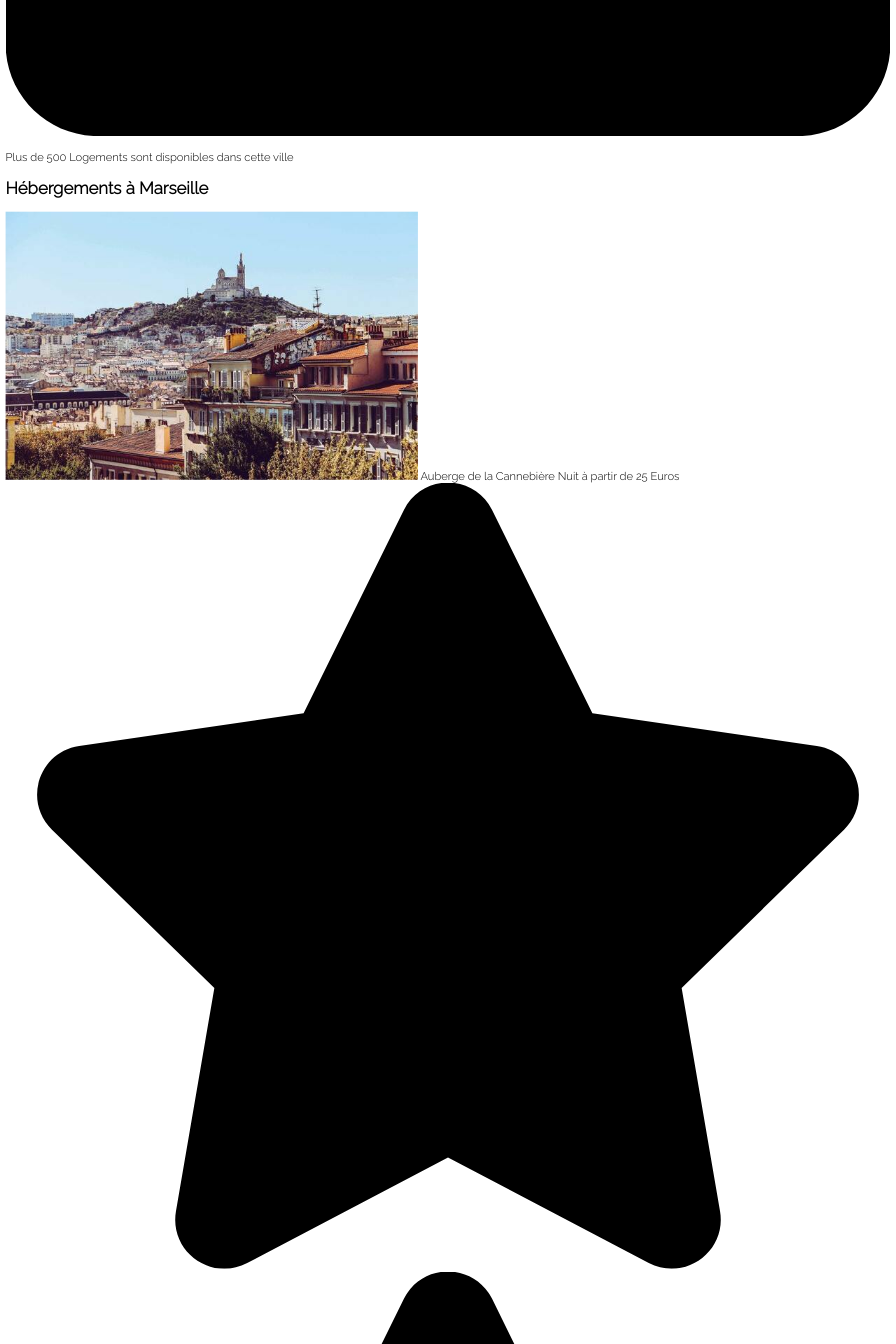
Repository: jaydeeonghub/DYLANBARBARISI_2_16062021
Page: index.html
An editor plug-in stored every save of this project. The page is shown before and after the next save, followed by the edit.
The browser window is 1280 px wide. The pictures show the part of the page from y = 3598 to 5518 px (the page is 61307 px tall before and 39821 px after), at 70% of full size.
Some web libraries are served in a nearby version.

Above is the page before, as saved 2021-07-07 19:08:33.

### index.html
<!DOCTYPE html>
<html lang="fr">
<head>
    <script src="https://kit.fontawesome.com/864c7a6a3c.js" crossorigin="anonymous"></script>
    <link href="//netdna.bootstrapcdn.com/font-awesome/3.2.1/css/font-awesome.css" rel="stylesheet">
    <link rel="preconnect" href="https://fonts.gstatic.com">
    <link href="https://fonts.googleapis.com/css2?family=Raleway:wght@300&display=swap" rel="stylesheet">
    <link rel="stylesheet" href="Assets\Style\Styles.css">
        <meta charset="UTF-8">
        <meta http-equiv="X-UA-Compatible" content="IE=edge">
        <meta name="viewport" content="width=device-width, initial-scale=1.0">
    <title>Reservia</title>
</head>
<body>
    <header>
    <div class="Barre_de_navigation"> <!--Barre de navigation-->
        <div>
        <img
             class="marglogo"
             src="Assets/Logo/Reservia@3x.png"
             alt="Logo Reservia Responsive"
             srcset="Assets/Logo/Reservia.svg"
             width="120px"
             height="50px"
        />
    </div>
<nav class="LiensNav flexAround">
        <div class=" LiensNav2 flexCentre bordureNav">
        <a class="colorBleu decorationNone" href="#Hebergements">Hebergements</a>
    </div>
        <div class="LiensNav2 flexCentre">
        <a class="LiensColor2 decorationNone" href="#Activités">Activités</a>
    </div>
        <div class="LiensNav2 flexCentre"
            <a class="colorBleu decorationNone" href="#S'inscrire">S'inscrire</a></div>
    </nav>
    </header>
<main>
    <h1 class="texteGras">
    Trouvez votre hebergement pour des vacances de rêve
    </h1> <!--Titre d'accroche de la landing page-->
    <p>En plein centre ville ou en pleine nature</p>
    <div class="filtre margFiltreTitre">
        <div class="backGris flexCentre iconSize">
            <i class="fas fa-map-marker-alt"></i></div>
        <div>
            <input
                class="recherche flexCentre bordureNone paddingSearch"
                type="search"
                value="Marseille , France"
                />
            </div>
        <div class="backBleu flexCentre buttonSearch">Rechercher</div>
          </div>
          <div class="filtre margFiltre">
              <div class="margFiltreTitre"><h3>Filtres</h3></div>
          <div class="flexBetween filtreTexteIcons">
              <i class="fas fa-money-bill-wave fa-lg filtreIcons flexCentre"></i>
              <div class="filtreTexte flexCentre">Économique</div>
          </div>
          <div class="flexBetween filtreTexteIcons">
              <i class="fas fa-child fa-lg filtreIcons flexCentre"></i>
              <div class="filtreTexte flexCentre">Familiales</div>
          </div>
          <div class="flexBetween filtreTexteIcons">
              <i class="fas fa-heart fa-lg filtreIcons flexCentre"></i>
              <div class="filtreTexte flexCentre">Romantique</div>
          </div>
          <div class="flexBetween filtreTexteIcons">
              <i class="fas fa-dog fa-lg filtreIcons flexCentre"></i>
              <div class="filtreTexte flexCentre">Animaux autorisés</div>
          </div>
        </div>

    <img src="Assets/Icons/info-solid.svg"> <p>Plus de 500 Logements sont disponibles dans cette ville</p> <!--Nombre approximatif de logements disponibles aux alentours-->




        <section>
            <aside>
                <h2>Hébergements à Marseille</h2>
        <div>
            <img src="Assets/Images/4_small/florian-wehde-xW9e8gdotxI-unsplash.jpg"
                      />
                <span>
                    Auberge de la Cannebière
                </span>
                <span>
                    Nuit à partir de 25 Euros
                </span>
                <div>
                    <i><img src="Assets/Icons/star-solid.svg"</i>
                    <i><img src="Assets/Icons/star-solid.svg"</i>
                    <i><img src="Assets/Icons/star-solid.svg"</i>
                    <i><img src="Assets/Icons/star-solid.svg"</i>
                    <i><img src="Assets/Icons/star-solid.svg"</i>
                </div>
        <div>
            <img src="Assets/Images/4_small/kevin-hikari-rV_Qd1l-VXg-unsplash.jpg"
                    />
                <span>
                    Hôtel du port
                </span>
                <span>
                    Nuit à partir de 52 Euros
                </span>
                    <div>
                        <i><img src="Assets/Icons/star-solid.svg"</i>
                        <i><img src="Assets/Icons/star-solid.svg"</i>
                        <i><img src="Assets/Icons/star-solid.svg"</i>
                        <i><img src="Assets/Icons/star-solid.svg"</i>
                        <i><img src="Assets/Icons/star-solid.svg"</i>
                    </div>

                    <div>
                    <img src="Assets/Images/4_small/kilyan-sockalingum-NR8-cBCN3aI-unsplash.jpg"
                    />

                    <span>
                        Hôtel Les mouettes
                    </span>

                    <span>
                        Nuit à partir de 76 Euros
                        </span>

                        <div>
                            <i><img src="Assets/Icons/star-solid.svg"</i>
                            <i><img src="Assets/Icons/star-solid.svg"</i>
                            <i><img src="Assets/Icons/star-solid.svg"</i>
                            <i><img src="Assets/Icons/star-solid.svg"</i>
                            <i><img src="Assets/Icons/star-solid.svg"</i>
                        </div>
                    </div>
                        <div>
                            <img src="Assets/Images/4_small/lena-paulin-wH2-EJoDcV0-unsplash.jpg"
                            />
                            <span>
                                Hôtel de la mer
                            </span>
                            <span>
                                Nuit à partir de 46 Euros
                            </span>
                            <div>
                                <i><img src="Assets/Icons/star-solid.svg"</i>
                                <i><img src="Assets/Icons/star-solid.svg"</i>
                                <i><img src="Assets/Icons/star-solid.svg"</i>
                                <i><img src="Assets/Icons/star-solid.svg"</i>
                                <i><img src="Assets/Icons/star-solid.svg"</i>
                            </div>
                            <div>
                                <img src="Assets/Images/4_small/paul-hermann-QFTrLdQIRhI-unsplash.jpg"
                                />
                                <span>
                                    Auberge Le Panier
                                </span>
                                <span>
                                    Nuit à partir de 23 Euros
                                </span>
                                <div>
                                    <i><img src="Assets/Icons/star-solid.svg"</i>
                                    <i><img src="Assets/Icons/star-solid.svg"</i>
                                    <i><img src="Assets/Icons/star-solid.svg"</i>
                                    <i><img src="Assets/Icons/star-solid.svg"</i>
                                    <i><img src="Assets/Icons/star-solid.svg"</i>
                                </div>
                                <div>
                                    <img src="Assets/Images/4_small/reno-laithienne-QUgJhdY5Fyk-unsplash.jpg"
                                    />
                                    <span>
                                        Hôtel Chez Amina
                                    </span>
                                    <span>
                                        Nuit à partir de 96 Euros
                                    </span>
                                    <div>
                                        <i><img src="Assets/Icons/star-solid.svg"</i>
                                        <i><img src="Assets/Icons/star-solid.svg"</i>
                                        <i><img src="Assets/Icons/star-solid.svg"</i>
                                        <i><img src="Assets/Icons/star-solid.svg"</i>
                                        <i><img src="Assets/Icons/star-solid.svg"</i>
                                    </div>

            </aside><!--Hebergements à Marseille-->
            <aside>
                <h2>Les plus populaires</h2>
                <img src="#icônegraphiqueenfleche"
        <div>
            <img src="Assets/Images/4_small/florian-wehde-xW9e8gdotxI-unsplash.jpg"
                      />
                <span>
                    Hôtel le soleil du matin
                </span>
                <span>
                    Nuit à partir de 128 Euros
                </span>
                <div>
                    <i><img src="Assets/Icons/star-solid.svg"</i>
                    <i><img src="Assets/Icons/star-solid.svg"</i>
                    <i><img src="Assets/Icons/star-solid.svg"</i>
                    <i><img src="Assets/Icons/star-solid.svg"</i>
                    <i><img src="Assets/Icons/star-solid.svg"</i>
                </div>
        <div>
            <img src="Assets/Images/4_small/kevin-hikari-rV_Qd1l-VXg-unsplash.jpg"
                    />
                <span>
                    Au coeur de l'eau Chambre d'hôtes
                </span>
                <span>
                    Nuit à partir de 71 Euros
                </span>
                    <div>
                        <i><img src="Assets/Icons/star-solid.svg"</i>
                        <i><img src="Assets/Icons/star-solid.svg"</i>
                        <i><img src="Assets/Icons/star-solid.svg"</i>
                        <i><img src="Assets/Icons/star-solid.svg"</i>
                        <i><img src="Assets/Icons/star-solid.svg"</i>
                    </div>

                    <div>
                    <img src="Assets/Images/4_small/kilyan-sockalingum-NR8-cBCN3aI-unsplash.jpg"
                    />

                    <span>
                        Hôtel tout bleu et blanc
                    </span>

                    <span>
                        Nuit à partir de 68 Euros
                        </span>

                        <div>
                            <i><img src="Assets/Icons/star-solid.svg"</i>
                            <i><img src="Assets/Icons/star-solid.svg"</i>
                            <i><img src="Assets/Icons/star-solid.svg"</i>
                            <i><img src="Assets/Icons/star-solid.svg"</i>
                            <i><img src="Assets/Icons/star-solid.svg"</i>
                        </div>
                    </div>

            </aside><!-- Les plus populaires-->
    </section>
        <section>
            <h2>Activités à Marseille</h2>
        <div>
            <div>
                <img src="Assets/Images/4_small/kilyan-sockalingum-NR8-cBCN3aI-unsplash.jpg"
                />

                <span>
                    Vieux Port
                </span>
            </div>
            <div>
                <img src="Assets/Images/4_small/kilyan-sockalingum-NR8-cBCN3aI-unsplash.jpg"
                />

                <span>
                    Fort de Pomègues
                </span>
            </div>
            <div>
                <img src="Assets/Images/4_small/kilyan-sockalingum-NR8-cBCN3aI-unsplash.jpg"
                />

                <span>
                    Îles du Frioul
                </span>
            </div>
            <div>
                <img src="Assets/Images/4_small/kilyan-sockalingum-NR8-cBCN3aI-unsplash.jpg"
                />

                <span>
                    Parc National des Calanques
                </span>
            </div>
            <div>
                <img src="Assets/Images/4_small/kilyan-sockalingum-NR8-cBCN3aI-unsplash.jpg"
                />

                <span>
                    Notre-Dame-de-la-Garde
                </span>
            </div>
            <div>
                <img src="Assets/Images/4_small/kilyan-sockalingum-NR8-cBCN3aI-unsplash.jpg"
                />

                <span>
                    Parc Longchamp
                </span>
            </div>
        </div>
        </section><!-- Activités à Marseille-->


    </main>
    <footer>
        <h5>À propos</h5>
            <a href="#Fonctionnementdusite">Fonctionnement du site</a>
            <a href="#CGV">Conditions générales de vente</a>
            <a href="Confidentialité">Données et confidentialité</a>

        <h5>Nos hébergements</h5>
            <a href="#chartequalité">Charte qualité</a>
            <a href="#Soumettrehôtel">Soumettre votre hôtel</a>


        <h5>Assistance</h5>
            <a href="#Centre d'aide">Centre d'aide</a>
            <a href="#Contact">Nous contacter</a>
    </footer>


</body>
</html>

### Assets/Style/Styles.css
*
html,body {font-family: Raleway;}

li {display: inline;}

a {text-decoration: none;}

.flexCentre {

    display: flex;
    justify-content: center;
    align-items: center;
}

.flexAround {

    display: flex;
    justify-content: space-around;
    align-items: center;
}
.flexBetween {
    display: flex;
    justify-content: space-between;
    align-items: center;
}
/* NAV */
.Barre_de_navigation {
    display: flex;
    justify-content: space-between;
    align-items: center;
    font-family: Raleway;
}
.bordureNav {
    border-top: 1px solid blue;
}
.bordureNav2 {
    border-top: 1px solid transparent;
}

.LiensNav {
    width: 45%;
}
.LiensNav2 {
    width: 140px;
    height: 99px;
}
.texteGras {

    font-weight: bold;
}
.sizeNav {
    height: 100px;
}
.LiensColor2 {
    color: black;
}
.marglogo {
    margin-bottom: 7px;
}

/* Colors */
.colorBleu {
    color: #0065fc;
}
.colorBleuClair {
    color: #deebff
}
.colorGris {
    color: #f2f2f2
}
.backBleu {
    background-color: #0065fc;
}
.backBleuClair {
    background-color: #deebff
}
.backGris {
    background-color: #f2f2f2
}

/* HEADER*/
.bordureSearch {
    width: 400px;
    border-radius: 10px;
    border: 0.5px solid #f2f2f2;
}
.paddingSearch {
    padding-left: 20px;
}
.recherche {
    height: 50px;
    width: 230px;
    font-size: 18px;
    color: black
    font-weight: bold
}
.iconSize {
    height: 50px;
    width: 50px;
    border-radius: 10px 0 0 10px;
}
.buttonSearch {
    height: 50px;
    width: 120px;
    color: white;
    cursor: pointer;
    border-radius: 0 10px 10px 0;
}
/* Filtres */

.filtre {
    display: flex;
    align-items: center;
}
.margFiltre {
    margin-top: 50px;
    margin-bottom: 40px;
}
.margFiltreTitre {
    margin-right: 20px;
}
.filtreTexteIcons {
    border: 2px solid #f2f2f2;
    height: 50px;
    border-radius: 30px;
    margin-right: 20px;
}
.filtreIcons {
    margin-left: -2px;
    border-radius: 25px;
    width: 52px;
    height: 52px;
    color: #0065fc;
    background-color: #deebff;
}
.filtreTexteIcons:hover > .filtreTexte {
    color:#0065fc
}
.filtreTexteIcons:hover > .filtreIcons {
    color:white;
    background-color:#0065fc;
}
.filtreTexte {
    height: 50px;
    padding-left: 20px;
    padding-right: 20px;
    border-radius: 0 25px 25px 0;
}
.bordureNone {
    border-style: none
}
/* Hebergements */
.sizePopulaires {
    flex: 1;
    height: 650px;
    margin-left: 20px;
    border-radius: 10px;
}
.sizeHebergements {
flex: 2;
height: 650px;
margin-right: 20px;
border-radius: 10px;
}

After the next save:
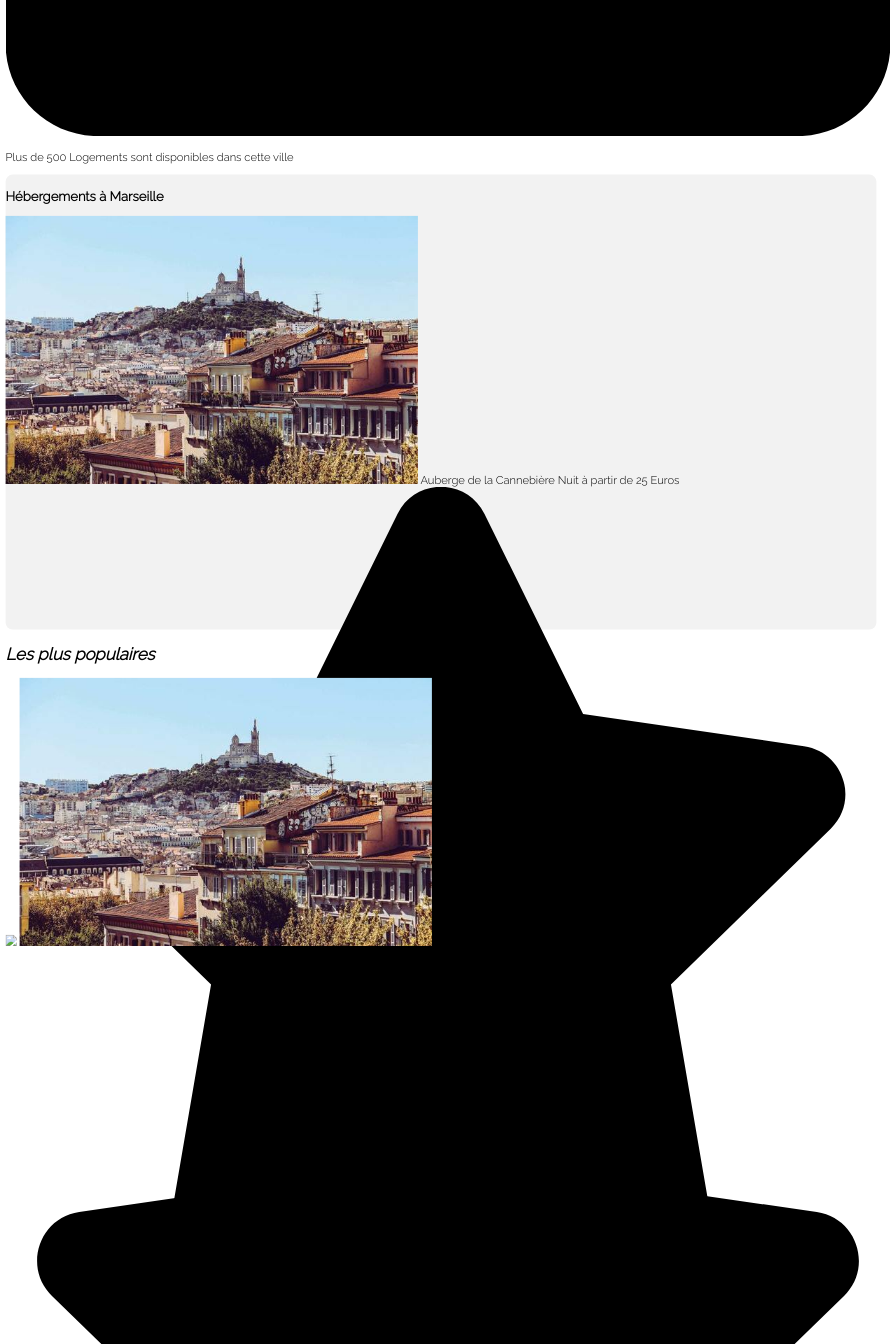
Saved 10 min 52 s later.
--- a/index.html
+++ b/index.html
@@ -73,13 +73,9 @@
         </div>
 
     <img src="Assets/Icons/info-solid.svg"> <p>Plus de 500 Logements sont disponibles dans cette ville</p> <!--Nombre approximatif de logements disponibles aux alentours-->
-
-
-
-
-        <section>
-            <aside>
-                <h2>Hébergements à Marseille</h2>
+        <section class="flexAround">
+                <div class="sizeHebergements backGris">
+                <h3>Hébergements à Marseille</h3>
         <div>
             <img src="Assets/Images/4_small/florian-wehde-xW9e8gdotxI-unsplash.jpg"
                       />
@@ -181,8 +177,9 @@
                                         <i><img src="Assets/Icons/star-solid.svg"</i>
                                         <i><img src="Assets/Icons/star-solid.svg"</i>
                                     </div>
-
-            </aside><!--Hebergements à Marseille-->
+                                </div>
+
+                                </section><!--Hebergements à Marseille-->
             <aside>
                 <h2>Les plus populaires</h2>
                 <img src="#icônegraphiqueenfleche"
